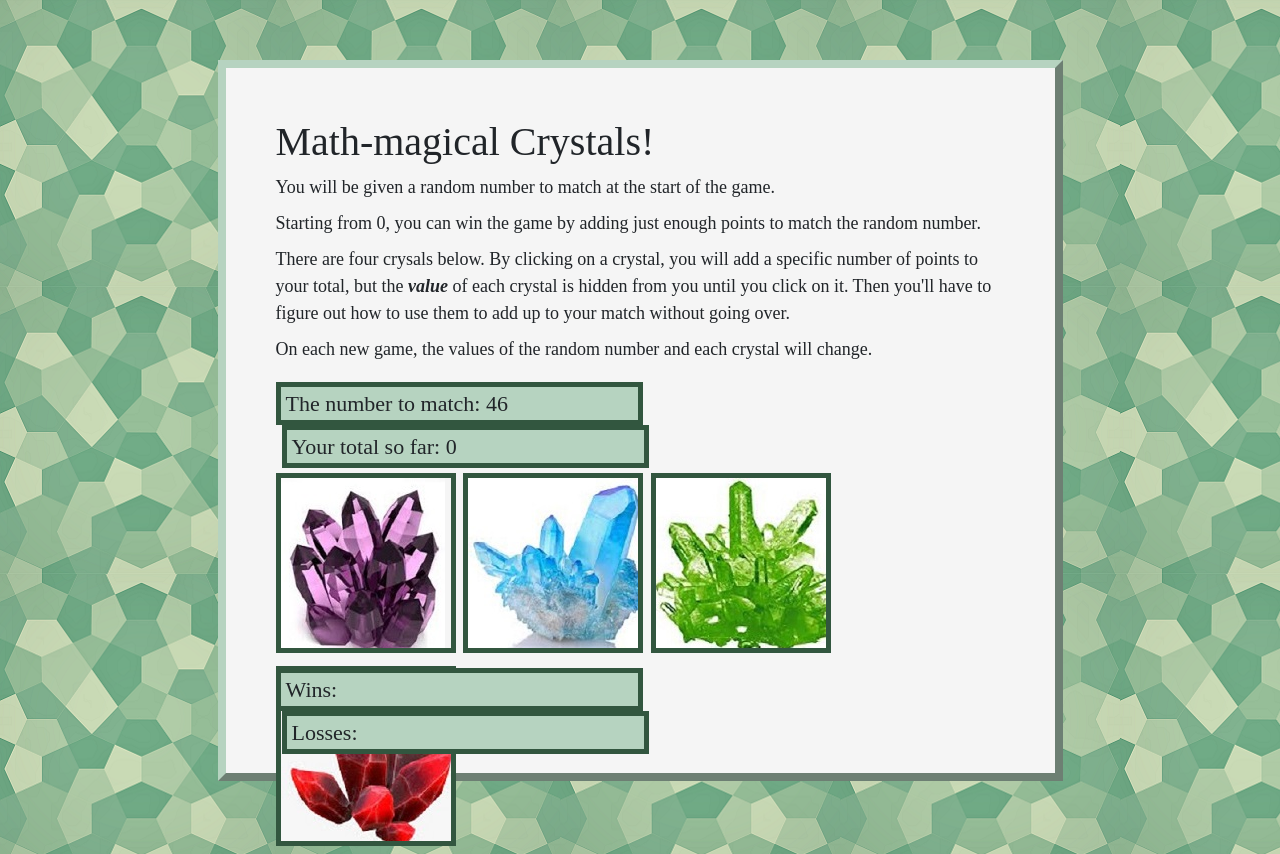
Repository: dsaftler/unit-4-game
Page: index.html
These files come from the project's save history. The page is drawn as it stood at one moment and after the next save; the edit follows.
The browser window is 1280 px wide. The pictures show the whole page.
Some web fonts or font styles are not loaded; a fallback is used.

Above is the page before, as saved 2019-04-06 23:45:40.

After the next save:
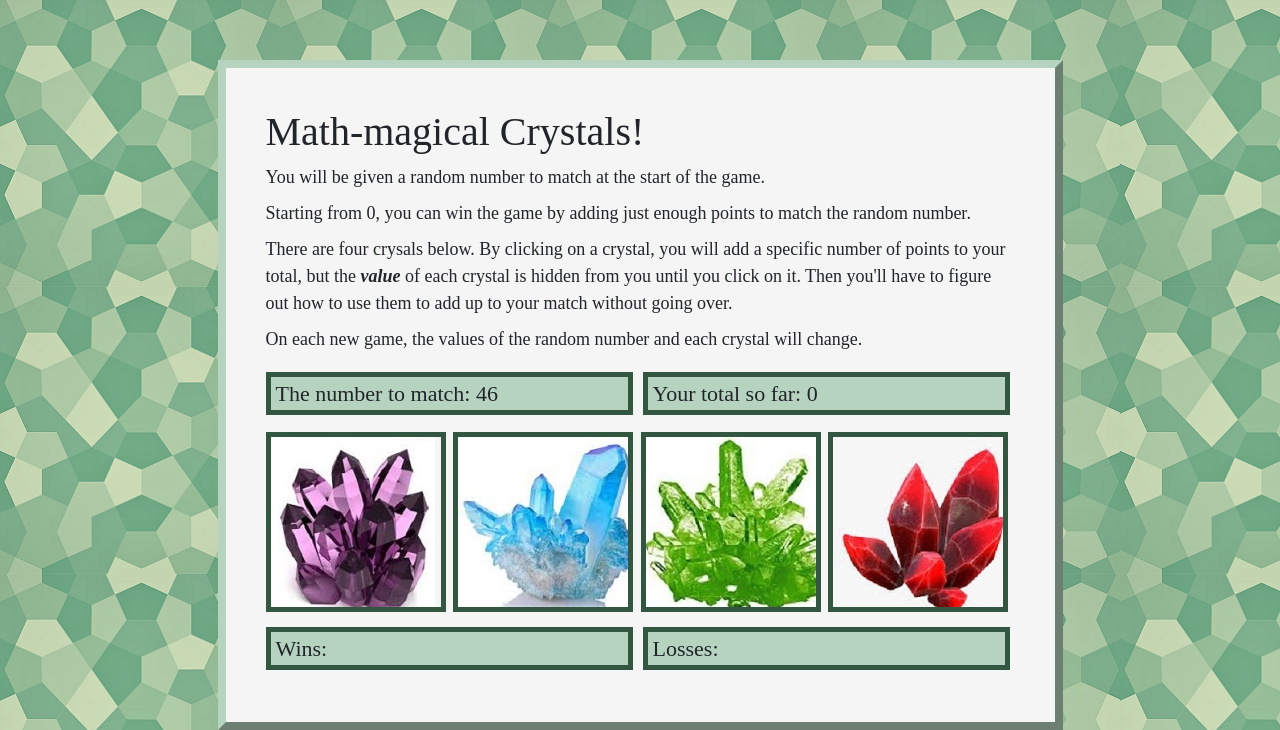
Saved 19 s later.
--- a/assets/css/style.css
+++ b/assets/css/style.css
@@ -23,7 +23,7 @@ p {
  border-color: rgb(182, 211, 192);
  border-width: 8px;
  border-style: outset;
- padding: 50px;
+ padding: 40px;
   /*padding-left: 45px; */
   margin: auto;
   margin-top: 60px;
